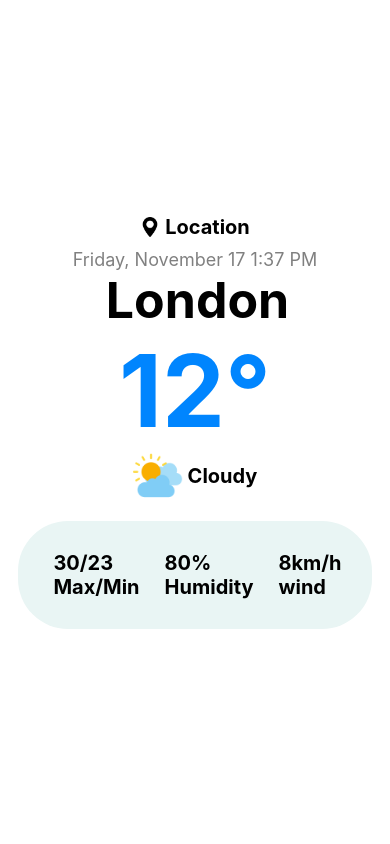
Repository: praveen080/react-native-weatherAppV1
Screen: /
These files come from the project's save history. The screen is drawn as it stood at one moment and after a run of saves; the edit follows.
The app was drawn by React Native's web renderer in a window 390 px wide. The project was rebuilt for these pictures with package versions that can differ from the ones it lists, and the page was loaded fresh each time. Also part of the build but not shown: Screens/startUp.js.

Above is the screen before, as saved 2023-11-17 14:20:43.

After the next 2 saves:
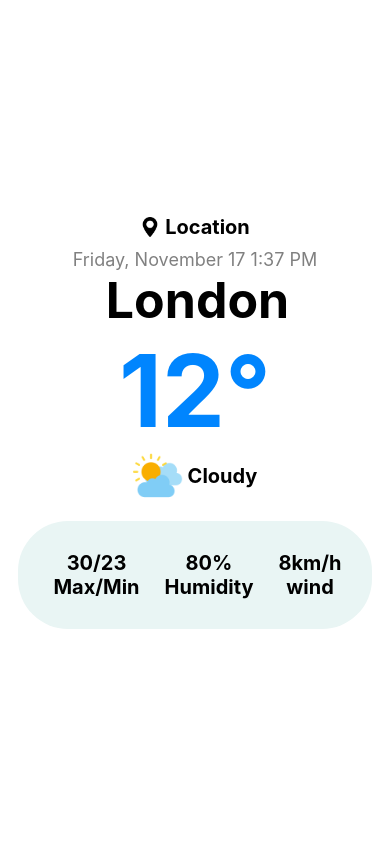
The 2 saves are shown as one change because they came seconds apart.
The last was saved 19 s later.
--- a/Screens/Home.js
+++ b/Screens/Home.js
@@ -121,7 +121,8 @@ export const styles = StyleSheet.create({
     marginTop: 20,
   },
   card: {
-
+    alignItems: "center",
+    justifyContent: "center",
     margin: 10,
   },
   cardFull: {
